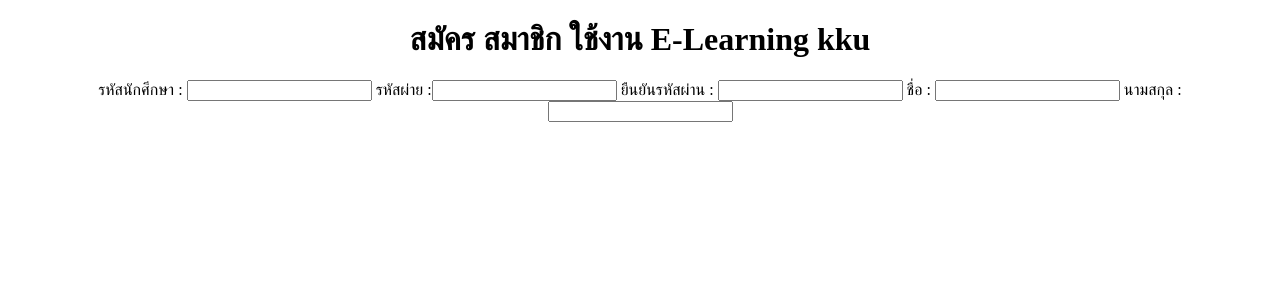
Repository: Wanaratkhamla/LabJavaWeb
Page: http://localhost/TestJoinTable/Register.jsp
These files come from the project's save history. The page is drawn as it stood at one moment and after a run of saves; the edit follows.
The browser window is 1280 px wide. The pictures show the whole page.
The page is served by Tomcat 9. Other server files are loaded and not shown.

Above is the page before, as saved 2017-02-28 18:25:52.

### TestJoinTable/WebContent/Register.jsp
<%@ page contentType="text/html; charset=utf-8" pageEncoding="utf-8"%>
<!DOCTYPE html PUBLIC "-//W3C//DTD HTML 4.01 Transitional//EN" "http://www.w3.org/TR/html4/loose.dtd">
<html>
<head>
<meta http-equiv="Content-Type" content="text/html; charset=ISO-8859-1">
<title>Insert title here</title>
</head>
<body>
	<h1 align="center">สมัคร สมาชิก ใช้งาน E-Learning kku</h1>
	<div align="center">
	<form action="Register" id="myform">
		รหัสนักศึกษา : <input type="text" name="SID">
		รหัสผ่าย :<input type="password" name="Password">
		ยืนยันรหัสผ่าน : <input type="password" name="Password1">
		ชื่อ : <input type="text" name="fname">
		นามสกุล : <input type="text" name="lname">
	</form>
	</div>
	<script>
		function myFunction() {
			document.getElementById("myForm").reset();
		}
	</script>
</body>
</html>

After the next 2 saves:
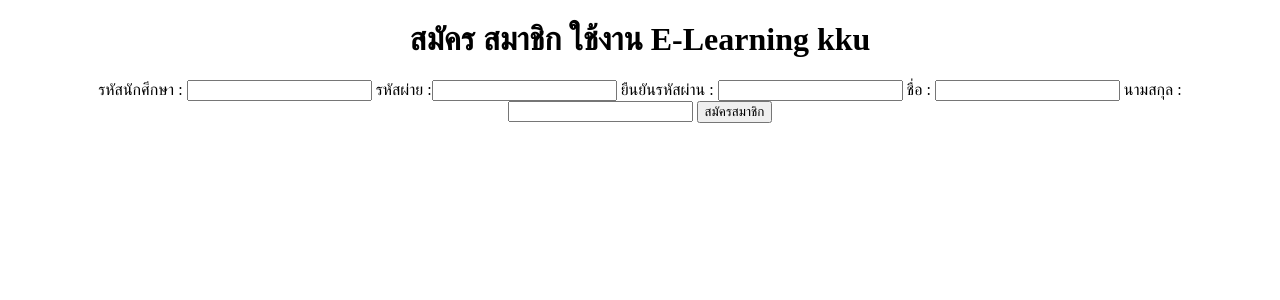
The 2 saves are shown as one change because they came seconds apart.
The last was saved 23 s later.
--- a/TestJoinTable/WebContent/Register.jsp
+++ b/TestJoinTable/WebContent/Register.jsp
@@ -10,10 +10,10 @@
 	<div align="center">
 	<form action="Register" id="myform">
 		รหัสนักศึกษา : <input type="text" name="SID">
-		รหัสผ่าย :<input type="password" name="Password">
-		ยืนยันรหัสผ่าน : <input type="password" name="Password1">
-		ชื่อ : <input type="text" name="fname">
+		รหัสผ่าย :<input type="password" name="Password"> ยืนยันรหัสผ่าน :
+			<input type="password" name="Password1"> ชื่อ : <input type="text" name="fname">
 		นามสกุล : <input type="text" name="lname">
+		<button type="submit">สมัครสมาชิก</button>
 	</form>
 	</div>
 	<script>
